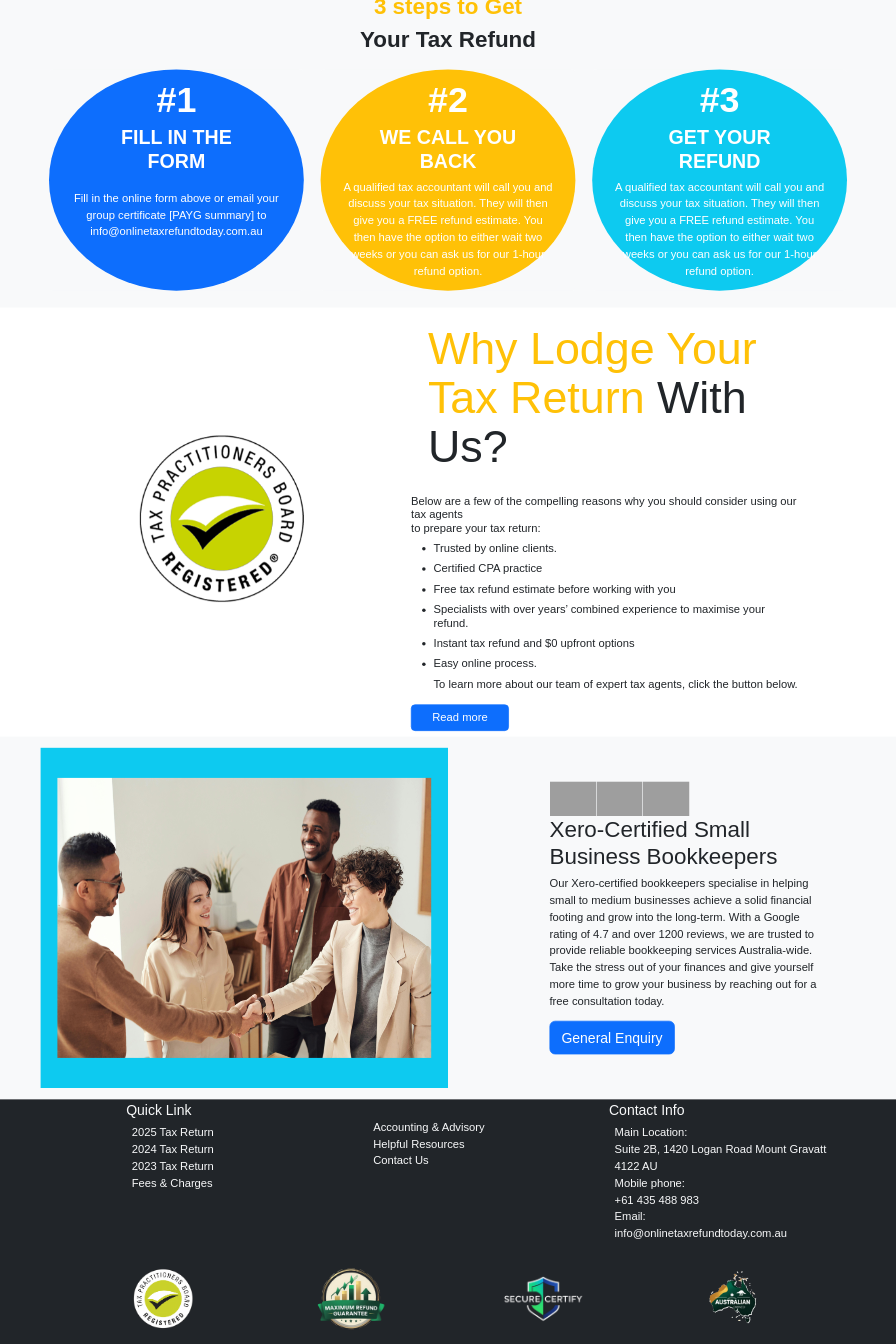
Repository: raegun2/taxReturn
Page: /
An editor plug-in stored every save of this project. The page is shown before and after the next save, followed by the edit.
The browser window is 1280 px wide. The pictures show the part of the page from y = 1256 to 3176 px (the page is 3176 px tall), at 70% of full size.
Pictures or frames that could not be fetched are drawn as grey boxes. The project was rebuilt for these pictures with package versions that can differ from the ones it lists, and the page was loaded fresh each time. Also part of the build but not shown: src/pages/Accounting&Advisory.jsx, src/pages/ContactMe.jsx, src/pages/TaxReturn2025.jsx, src/pages/feesAndCharges.jsx, src/pages/helpfulResources.jsx, src/pages/Consent.jsx, src/pages/PrivacyPolicy.jsx, src/pages/Terms&Conditions.jsx and 2 more. Imported but missing from the stored project, and not drawn on this page: src/pages/NotFound.

Above is the page before, as saved 2025-05-29 12:07:23.

### index.html
<!DOCTYPE html>
<html lang="en">
    <head>
        <meta charset="UTF-8" />
        <meta http-equiv="X-UA-Compatible" content="IE=edge" />
        <meta name="viewport" content="width=device-width, initial-scale=1.0" />

        <!-- http://getbootstrap.com/docs/5.3/ -->
        <link href="https://cdn.jsdelivr.net/npm/bootstrap@5.2.3/dist/css/bootstrap.min.css" rel="stylesheet" integrity="sha384-rbsA2VBKQhggwzxH7pPCaAqO46MgnOM80zW1RWuH61DGLwZJEdK2Kadq2F9CUG65" crossorigin="anonymous">
        <script defer src="https://cdn.jsdelivr.net/npm/bootstrap@5.2.3/dist/js/bootstrap.bundle.min.js" integrity="sha384-kenU1KFdBIe4zVF0s0G1M5b4hcpxyD9F7jL+jjXkk+Q2h455rYXK/7HAuoJl+0I4" crossorigin="anonymous"></script>


        <title>OnlineTaxRefundToday</title>
    </head>
  <body>
    <div id="root"></div>
    <script type="module" src="/src/main.jsx"></script>
  </body>
</html>

### src/index.css
:root {
  font-family: Inter, system-ui, Helvetica, Arial, sans-serif;
  line-height: 1.5;
  font-weight: 400;

  color-scheme: light dark;
  color: rgba(255, 255, 255, 0.87);
  background-color: #242424;

  font-synthesis: none;
  text-rendering: optimizeLegibility;
  -webkit-font-smoothing: antialiased;
  -moz-osx-font-smoothing: grayscale;
}

a {
  font-weight: 500;
  color: #646cff;
  text-decoration: inherit;
}
a:hover {
  color: #535bf2;
}

body {
  margin: 0;
  display: flex;
  place-items: center;
  min-width: 320px;
  min-height: 100vh;
}

h1 {
  font-size: 3.2em;
  line-height: 1.1;
}

button {
  border-radius: 8px;
  border: 1px solid transparent;
  padding: 0.6em 1.2em;
  font-size: 1em;
  font-weight: 500;
  font-family: inherit;
  background-color: #1a1a1a;
  cursor: pointer;
  transition: border-color 0.25s;
}
button:hover {
  border-color: #646cff;
}
button:focus,
button:focus-visible {
  outline: 4px auto -webkit-focus-ring-color;
}

@media (prefers-color-scheme: light) {
  :root {
    color: #213547;
    background-color: #ffffff;
  }
  a:hover {
    color: #747bff;
  }
  button {
    background-color: #f9f9f9;
  }
}

### src/App.jsx
import { createBrowserRouter, RouterProvider } from "react-router-dom";
import Layout from "./components/layout";
import MainPage1 from "./pages/MainPage1";
import NotFound from "./pages/NotFound";
import AccountingAdvisory from "./pages/Accounting&Advisory";
import ContactMe from "./pages/ContactMe";
import TaxReturn2025 from "./pages/TaxReturn2025";
import FeesAndCharges from "./pages/feesAndCharges";
import HelpfulResources from "./pages/helpfulResources";
import Consent from "./pages/Consent";
import PrivacyPolicy from "./pages/PrivacyPolicy";
import TermsAndConditions from "./pages/Terms&Conditions";
import TaxReturn2023 from "./pages/TaxReturn2023";
import TaxReturn2024 from "./pages/TaxReturn2024";



const router = createBrowserRouter([
  {
    path: "/",
    element: <Layout />,
    errorElement: <NotFound />,
    children: [
      { index: true, element: <MainPage1 />},
      { path: "AccountingAdvisory", element: <AccountingAdvisory /> },
      { path: "ContactMe", element: <ContactMe /> },
      { path: "taxreturn2025", element: <TaxReturn2025/> },
      { path: "taxreturn2023", element: <TaxReturn2023/> },
      { path: "taxreturn2024", element: <TaxReturn2024/> },
      { path: "FeesAndCharges", element: <FeesAndCharges />},
      { path: "HelpfulResources", element: <HelpfulResources />},
      { path: "consent", element: <Consent />},
      { path: "privacypolicy", element: <PrivacyPolicy />},
      { path: "terms&conditions", element: <TermsAndConditions />},

    ],
  },
]);

const App = () => {
  return <RouterProvider router={router} />;
};

export default App;

### src/components/layout.jsx
import { useEffect, useState } from "react";
import { Outlet, useLocation } from "react-router-dom";
import Navbar from "./Navbar";
import Footer from "./Footer";
import "./layout.css";
import homeHeader5 from "../assets/bgI/home-header5.png";
import accountingAndAdvisory2 from "../assets/bgI/accountingAndAdvisory2.png";



const backgroundImages = {
  "/": homeHeader5,
  "/AccountingAdvisory": accountingAndAdvisory2,
  "/ContactMe": "null",
  "/TaxReturn2025": homeHeader5,
  "/TaxReturn2024": homeHeader5,
  "/TaxReturn2023": homeHeader5,
  "/FeesAndCharges": "null",
  "/HelpfulResources": "null",

};

const Layout = () => {
  const location = useLocation();
  const currentPath = location.pathname;
  const [bgImage, setBgImage] = useState(backgroundImages[currentPath]);

  // Update background image when route changes
  useEffect(() => {
    setBgImage(backgroundImages[currentPath]);
  }, [currentPath]);

  return (
    <div
      className="layout-container"
      style={{

        backgroundImage: `url(${bgImage})`,
        backgroundRepeat: "no-repeat",
        backgroundPosition: "starter center",
        Height: "100vh",
        width:  "100vw",

      }}
    >
      <Navbar />
      <div className="contentWrapper">
        <Outlet />
      </div>
      <Footer />
    </div>
  );
};

export default Layout;

### src/pages/MainPage1.jsx
import ContactForm from "../components/TaxContactForm";
import { Link } from 'react-router-dom';
import { useRef } from "react";
import TaxCalculator from "../components/TaxCalculator";
import  xeroLogo  from "../assets/xero-certified-advisor-logo.jpg";
import  myobLogo  from "../assets/myob-logo.jpg";
import  quickbooksLogo  from "../assets/quickbooks-logo.jpg";
import  xeroServices  from "../assets/Xero about-our-services2.jpg";
import taxPractitioners from "../assets/tpa-cpa-accreditations3.png";


function MainPage1() {
    const content1Useref = useRef(null);
    const handleClick = () => { content1Useref.current.scrollIntoView({ behavior: "smooth" }) };
    return (
        <>
            <section ref ={content1Useref} className=" pt-lg-3 pt-5 text-dark pb-2 text-center">
                <div className=" container d-flex justify-content-center">
                    <div className="">
                    <div className="row align-items-center justify-content-evenly">
                        <div className="col-lg-7">
                            <h1 className="text-light">Maximise Your <span className="text-warning">Tax Refund in 2025</span></h1>
                            <p className="text-light lead my-4">
                                Want to get the most from your tax refund in 2025?
                                Our registered tax agents are here to help.
                                Ask about your tax eligible offsets and expenses to minimize your tax to pay!
                            </p>
                            <div className=" container text-start text-light rounded">
                                <ul>
                                    <li><span>$0 upfront fee option</span></li>
                                    <li><span>Easy online process</span></li>
                                    <li><span>Expert tax agents</span></li>
                                </ul>

                                <Link to="/TaxReturn2025"><button className="btn btn-primary btn-lg">Read More</button></Link>

                            </div>

                        </div>
                        <ContactForm />
                    </div>
                    </div>
                </div>
            </section>
            <TaxCalculator />
            <section className="stepsToRefund text-center vw-100 bg-light">
            <div className="container pb-2 t text-white">
            <h2 className="text-warning fw-bold">3 steps to Get</h2>
            <h2 className="fw-bolder text-dark pb-3">Your Tax Refund</h2>
                <div className="row text-center justify-content-evenly pb-3">
                    <div className=" col-lg-4 col-8">
                        <div className="card h-100 w-100 border-0 bg-light" >
                            <div className="bg-primary card-body rounded-circle p-3">
                                <div className="">
                                    <h1 className="fw-bold" >#1</h1>
                                    <h3 className="fw-bold">FILL IN THE <br/>FORM</h3>
                                </div>
                                <div className="">
                                    <p className="card-text mb-3 p-3">Fill in the online form above or email your group certificate [PAYG summary] to info@onlinetaxrefundtoday.com.au</p>
                                </div>

                            </div>
                        </div>
                    </div>
                    <div className="col-lg-4 col-8">
                    <div className="card h-100 w-100 border-0 bg-light" >
                    <div className="bg-warning card-body rounded-circle p-3">
                                <div className="">
                                <h1 className="fw-bold" >#2</h1>
                                <h3 className="fw-bold">WE CALL YOU <br />BACK</h3>
                                </div>
                                <div className="">
                                <p className="card-text px-3 ">A qualified tax accountant will call you and discuss your tax situation. They will then give you a FREE refund estimate. You then have the option to either wait two weeks or you can ask us for our 1-hour refund option.</p>

                                </div>

                            </div>
                        </div>
                    </div>
                    <div className="col-lg-4 col-8">
                    <div className="card h-100 border-0 bg-light" >
                    <div className="bg-info card-body rounded-circle p-3">
                                <div className="">
                                    <h1 className="fw-bold" >#3</h1>
                                    <h3 className="fw-bold">GET YOUR <br/>REFUND</h3>
                                </div>
                                <div className="">
                                    <p className="card-text px-3">A qualified tax accountant will call you and discuss your tax situation. They will then give you a FREE refund estimate. You then have the option to either wait two weeks or you can ask us for our 1-hour refund option.</p>
                                </div>
                            </div>
                        </div>
                    </div>
                </div>
            </div>
        </section>

        <div className="container mb-2">
            <div className="row justify-content-evenly align-items-center">
                <div className="col-lg-4 p-5 text-center">
                    <img className="" src={taxPractitioners} width={250} height={250} alt='Tax Practitioners Board'></img>
                </div>
                <div className="col-lg-6 text-start">
                    <div className="lead p-4">
                        <h1><span className="text-warning">Why Lodge Your Tax Return</span> With Us?</h1>
                    </div>
                <div>

                    </div>
                    <h6>Below are a few of the compelling reasons why you should consider using our tax agents<br />to prepare your tax return:</h6>
                    <ul>
                        <li>
                            <h6>Trusted by online clients.</h6>
                        </li>
                        <li>
                            <h6>Certified CPA practice</h6>
                        </li>
                        <li>
                            <h6>Free tax refund estimate before working with you</h6>
                        </li>
                        <li>
                            <h6>Specialists with over years’ combined experience to maximise your refund.</h6>
                        </li>
                        <li>
                            <h6>Instant tax refund and $0 upfront options</h6>
                        </li>
                        <li>
                            <h6>Easy online process.</h6>
                        </li>
                        <p>To learn more about our team of expert tax agents, click the button below.</p>
                    </ul>
                    <div>
                    <button onClick={ handleClick } className="btn w-25 btn-primary" >Read more</button>
                    </div>
                </div>
            </div>
        </div>
        <section className="bg-light vw-100">
            <div className="container py-3">
                <div className="row justify-content-between ">
                    <div className="col-lg-6 p-4 bg-info align-content-center">
                        <img src={xeroServices} alt="Small Business" style={{height: "400px", width:"100%"}}/>
                    </div>

                    <div className="col-lg-5 p-5 text-start">
                        <div className="pt3">
                            <img src={ xeroLogo } alt="Xero" style={{height: "50px"}} />
                            <img src={ myobLogo } alt="MYOB" style={{height: "50px"}} />
                            <img src={ quickbooksLogo } alt="Quickbooks" style={{height: "50px"}} />
                        </div>

                        <h2 className="text">Xero-Certified Small Business Bookkeepers</h2>
                        <p>Our Xero-certified bookkeepers specialise in helping small to medium
                            businesses achieve a solid financial footing and grow into the long-term.
                            With a Google rating of 4.7 and over 1200 reviews, we are trusted to
                            provide reliable bookkeeping services Australia-wide. Take the stress
                            out of your finances and give yourself more time to grow your business
                            by reaching out for a free consultation today.
                        </p>
                        <button onClick={handleClick} className="btn btn-primary btn-lg">General Enquiry</button>
                    </div>

                </div>
            </div>
        </section>
    </>


    );
}
export default MainPage1;

### src/components/layout.css


body {
    margin: 0;
    font-family: Arial, sans-serif;
    display:block;
    justify-content: center;
    align-items: center;
}

.container {
    display: block;
    width: 100%;
    padding: 0px;
    text-align: center;
}

.contentWrapper {
    display: flex;
    width: 100%;
    text-align: center;
    justify-content: center;
    padding-top: 5vh;
    flex-direction: column;
}


.footer {
    display: block;
    padding-top: 0px;
    background-size:cover;
    background-position:center;
    background-color:black;
}

.com1 {
    position: relative;
    display: block;
    height: 70vh;
    background-color: blue;
    width: 100%;
}

.alphabet-counter-style li::before {
    content: "("counter(item, lower-alpha) ") ";
    counter-increment: item;
    color: black;

}

.alphabet-counter-style {
    counter-reset: item;
    list-style-type: none;
    padding-left: 2rem;
    text-indent: -20px;

}
.index {
    counter-reset: index;
    list-style-type: none;
}
.index_item {
    list-style-type: none;
    padding-left: 2rem;
    text-indent: -20px;
}
.index_item::before {
    counter-increment: index;
    content: counters(index, '.')  '. ';
}

.comment1 {
    z-index: 1;
    border: 2px solid rgb(179, 178, 178);
    display: inline-flex;
    width: 15vw;
    background-color: rgb(214, 212, 212);
    position: absolute;
    border-radius: 5px;
    top:810px;
    right: 330px;
    text-align: left;
}
/*taxcalculator*/
.tooltip-icon-wrapper {
  position: relative;
  display: inline-block;
  margin-left: 8px;
  cursor: pointer;
}

.taxform-agree {
  padding-left: 2rem;
  text-indent: -20px;
}

.tooltip-icon-wrapper i {
  font-size: 1.1rem;
  color: #0d6efd;
  transition: transform 0.2s ease;
}

.tooltip-icon-wrapper i:hover {
  transform: scale(1.2);
}

.modern-tooltip {
  position: absolute;
  top: 120%;
  left: 0;
  background-color: #fff;
  color: #333;
  padding: 10px 14px;
  border-radius: 8px;
  box-shadow: 0 6px 12px rgba(0, 0, 0, 0.15);
  font-size: 0.85rem;
  width: 280px;
  z-index: 999;
  animation: fadeIn 0.3s ease-out;
}

@keyframes fadeIn {
  from {
    opacity: 0;
    transform: translateY(-4px);
  }
  to {
    opacity: 1;
    transform: translateY(0);
  }
}

Loaded but not shown: src/main.jsx (common file); src/components/TaxContactForm.jsx (298 lines, source omitted); src/components/TaxCalculator.jsx (225 lines, source omitted); src/components/Footer.jsx (93 lines, source omitted); src/components/navbar.jsx (94 lines, source omitted)

After the next save:
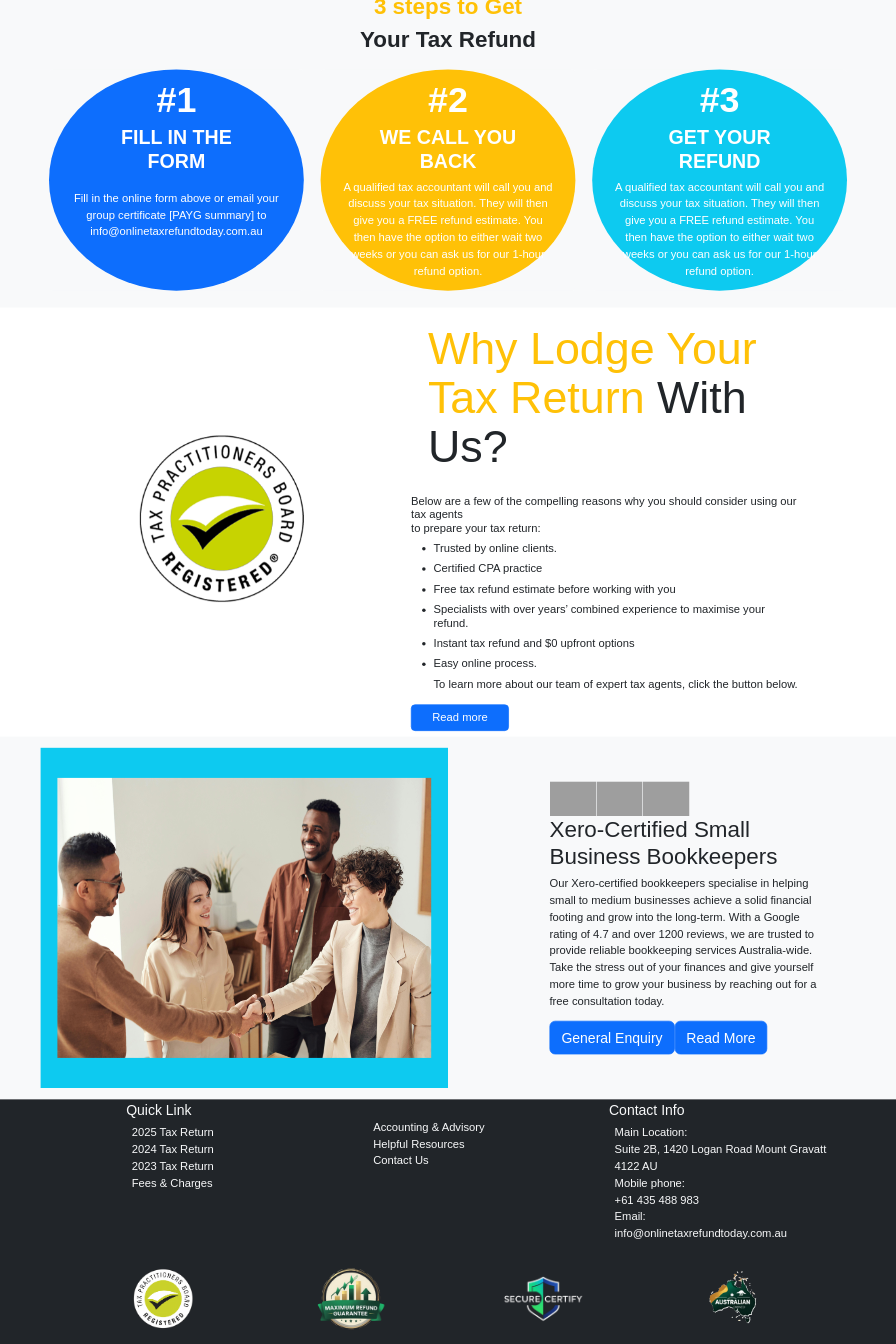
Saved 4 min 14 s later.
--- a/src/pages/MainPage1.jsx
+++ b/src/pages/MainPage1.jsx
@@ -157,6 +157,7 @@
                             by reaching out for a free consultation today.
                         </p>
                         <button onClick={handleClick} className="btn btn-primary btn-lg">General Enquiry</button>
+                        <Link to="/TaxReturn2025"><button className="btn btn-primary btn-lg">Read More</button></Link>
                     </div>
 
                 </div>

After the save that followed:
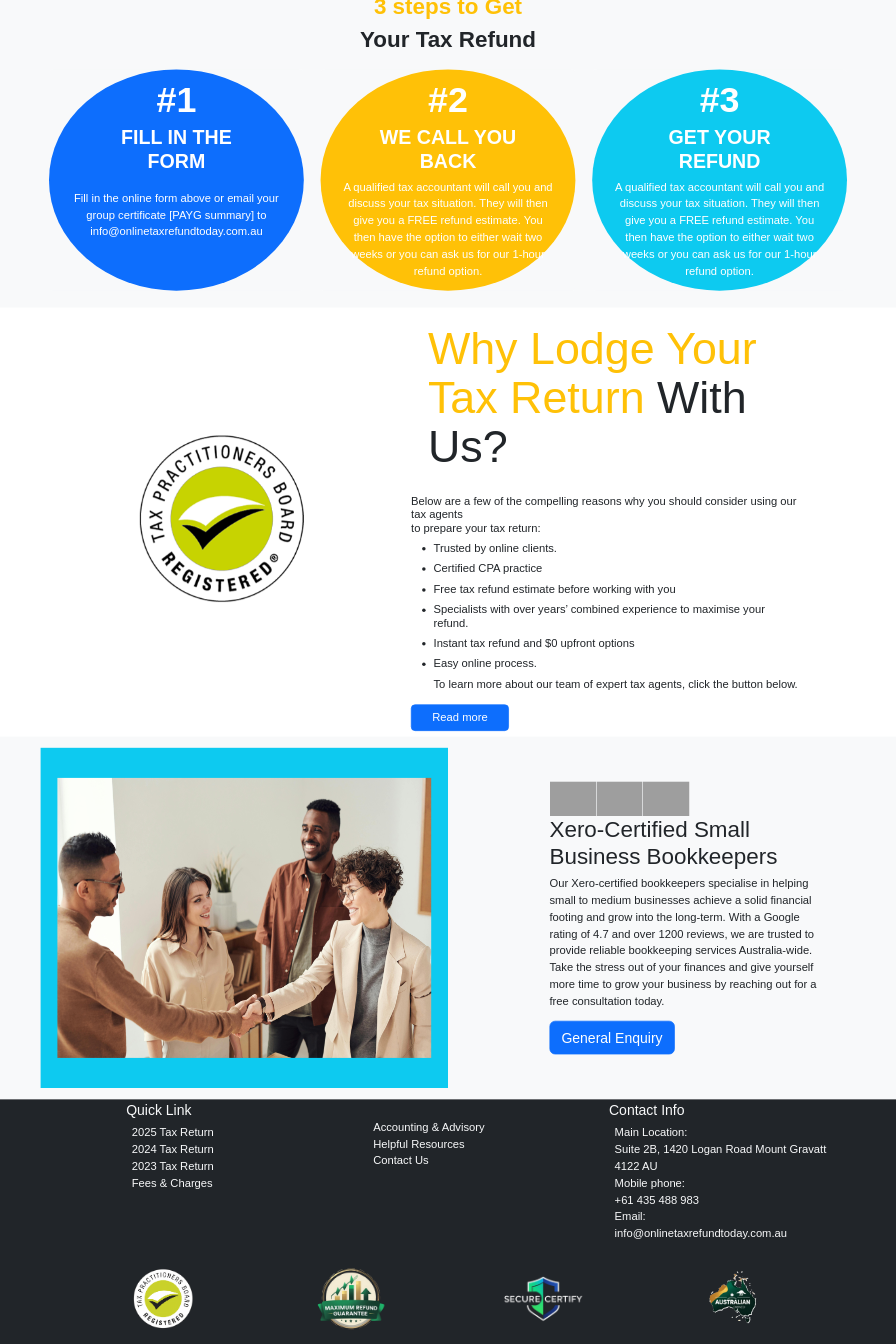
Saved 65 s later.
--- a/src/pages/MainPage1.jsx
+++ b/src/pages/MainPage1.jsx
@@ -156,8 +156,8 @@
                             out of your finances and give yourself more time to grow your business
                             by reaching out for a free consultation today.
                         </p>
-                        <button onClick={handleClick} className="btn btn-primary btn-lg">General Enquiry</button>
-                        <Link to="/TaxReturn2025"><button className="btn btn-primary btn-lg">Read More</button></Link>
+
+                        <Link to="/AccountingAdvisory"><button className="btn btn-primary btn-lg">General Enquiry</button></Link>
                     </div>
 
                 </div>
